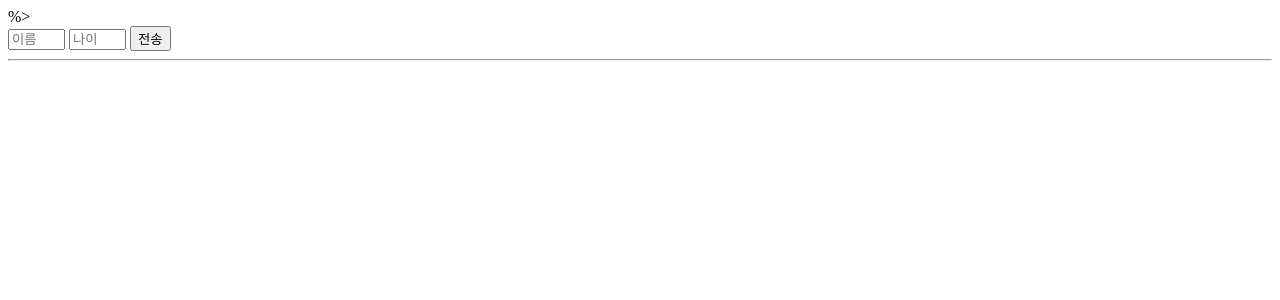
Repository: shbaksa/study
Page: http://localhost/mw_0615/java_script/multi_input.jsp
An editor plug-in stored every save of this project. The page is shown before and after the next save, followed by the edit.
The browser window is 1280 px wide. The pictures show the whole page.
The page is served by Tomcat 9. Queries for data that is not in the repository find no rows.

Above is the page before, as saved 2022-06-15 06:25:29.

After the next save:
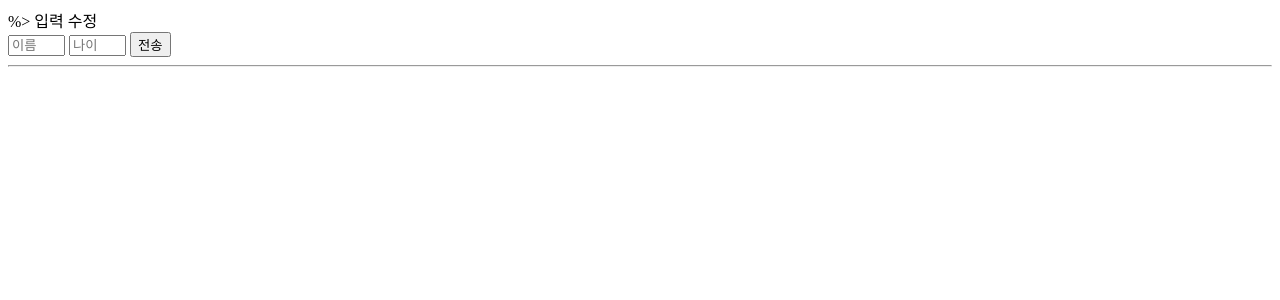
Saved 28 s later.
--- a/mw_0615/src/main/webapp/java_script/multi_input.jsp
+++ b/mw_0615/src/main/webapp/java_script/multi_input.jsp
@@ -22,6 +22,8 @@
 <body>	<!-- 0615/mulit_input.jsp : mulit 테이블에 이름과 나이를 입력하는 폼 -->
 
 	<!-- 하나로 합친거 -->
+	<span> 입력 </span>
+	<span> 수정 </span>
 	<form name="pkc" method="post" action="multi_input_ok.jsp">
 	<input type="text" name="name" placeholder="이름" size="4">
 	<input type="text" name="age" placeholder="나이" size="4">
